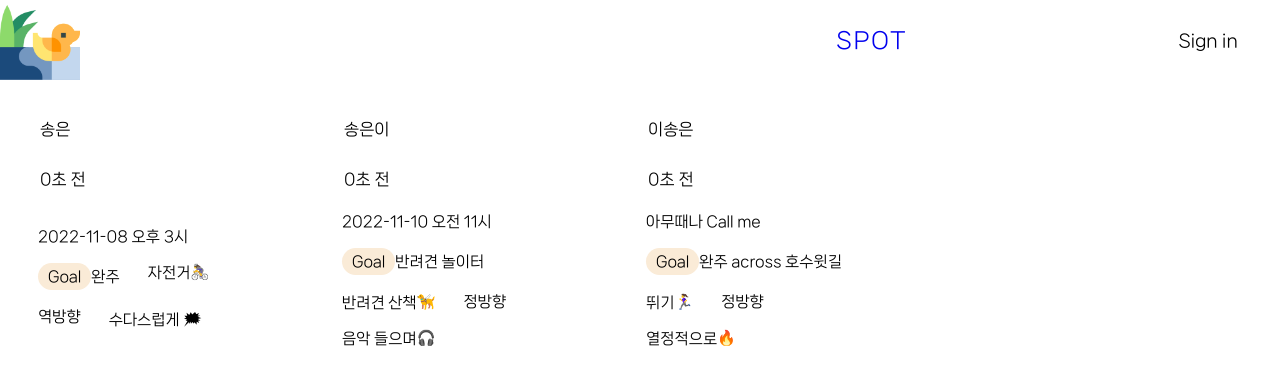
Repository: songeunleee/youngrangho
Page: /
The author's editor kept a copy of each file at every save. The page is drawn from the files as they stood at one save, then again after the next save.
The browser window is 1280 px wide. The pictures show the whole page.
Some web libraries are served in a nearby version. The project was rebuilt for these pictures with package versions that can differ from the ones it lists, and the page was loaded fresh each time. Some packages were replaced by stand-ins written for this rebuild. Also part of the build but not shown: src/app.module.css, src/components/activity/activity.module.css, src/components/footer/footer.module.css, src/components/footer/footer.jsx, src/components/home/home.module.css, src/components/home/home.jsx, src/components/add_spot/add_spot.module.css, src/components/add_spot/add_spot.jsx and 6 more.

Above is the page before, as saved 2022-11-08 06:50:50.

After the next save:
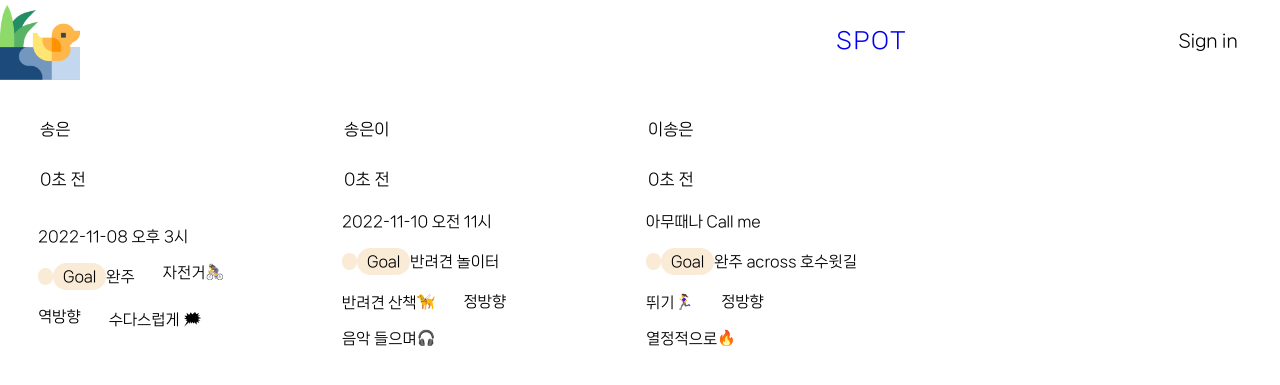
Saved 44 s later.
--- a/src/components/activity_item/activity_item.module.css
+++ b/src/components/activity_item/activity_item.module.css
@@ -54,11 +54,11 @@
   background-color: mainBlue;
 }
 
-/* .chip.goal::before {
-  content: "goal ";
+.chip.goal::before {
+  content: "　";
   background-color: antiquewhite;
   border-radius: 18px;
-} */
+}
 
 .chop.goal {
   display: flex;
